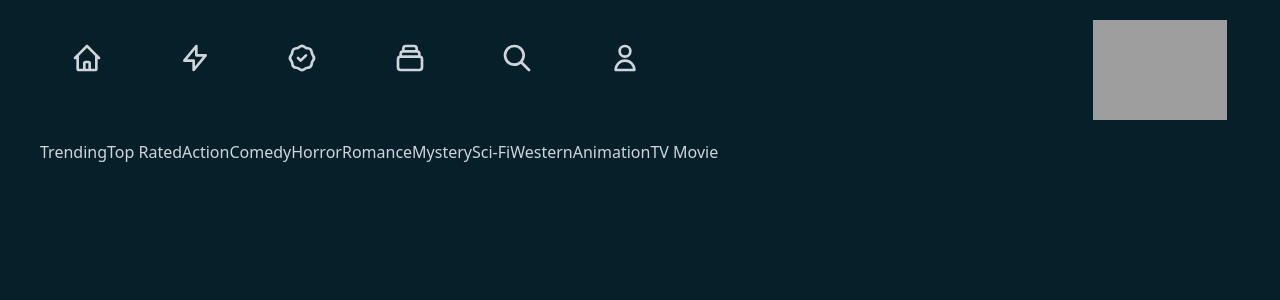
Repository: JuanOnly/hulu-clone
Page: /
The author's editor kept a copy of each file at every save. The page is drawn from the files as they stood at one save, then again after the next save.
The browser window is 1280 px wide. The pictures show the whole page.
Pictures or frames that could not be fetched are drawn as grey boxes. The project was rebuilt for these pictures with package versions that can differ from the ones it lists, and the page was loaded fresh each time. The framework's server and built-in components were replaced by stand-ins that run in the browser. Also part of the build but not shown: next.config.js.

Above is the page before, as saved 2021-05-01 08:33:11.

After the next save:
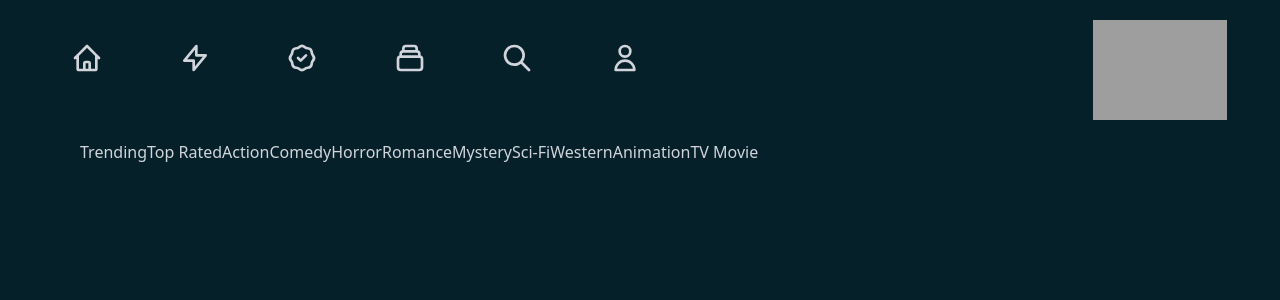
Saved 12 s later.
--- a/components/Nav.js
+++ b/components/Nav.js
@@ -3,7 +3,7 @@ import requests from "../utils/requests";
 function Nav() {
   return (
   <nav>
-      <div className="flex px-10">
+      <div className="flex px-10 sm:px-20">
         {Object.entries(requests).map(([key, { title, url }]) => (
           <h2
           key={key}
